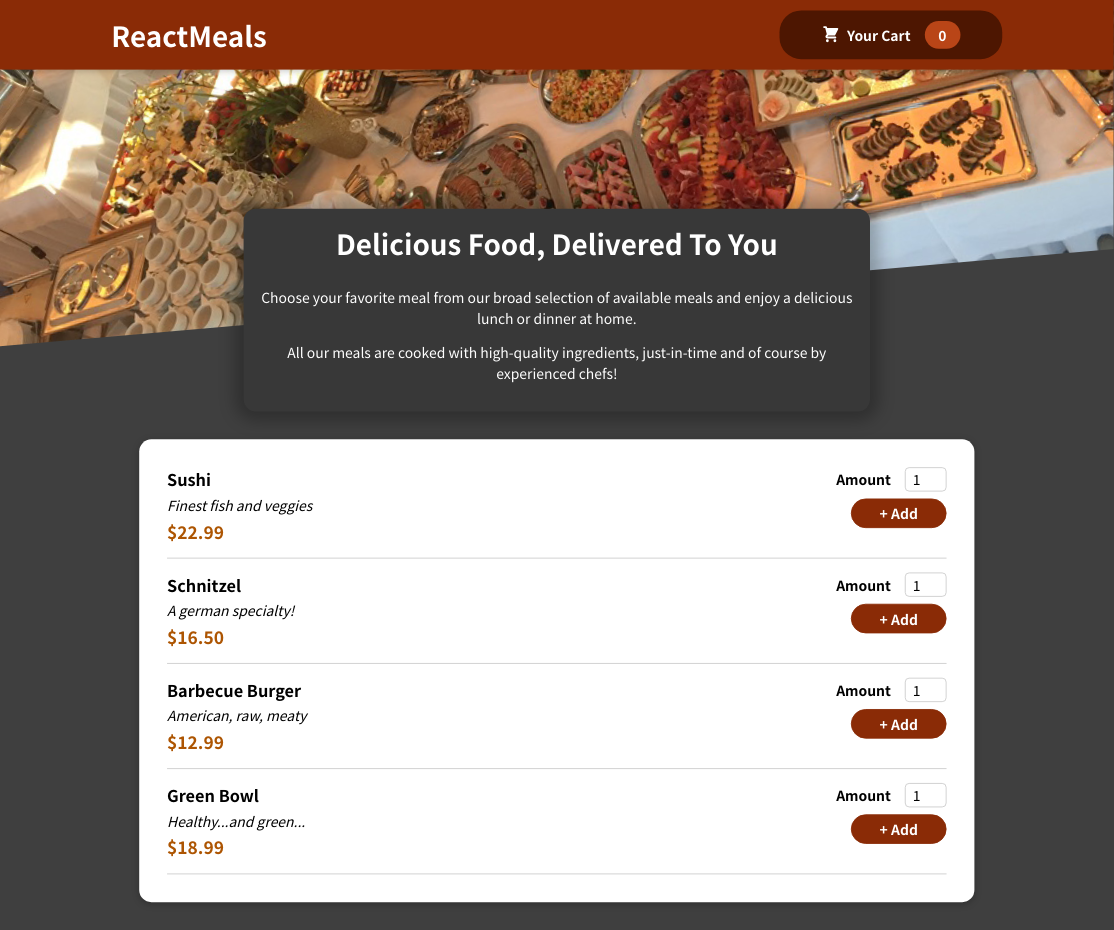
Repository: m-ahmadshaikh/React-Food-Ordering-App
Page: /
The author's editor kept a copy of each file at every save. The page is drawn from the files as they stood at one save, then again after the next save.
The browser window is 1280 px wide. The pictures show the whole page, at 87% of full size.
The project was rebuilt for these pictures with package versions that can differ from the ones it lists, and the page was loaded fresh each time. Also part of the build but not shown: src/components/UI/Modal.module.css, src/components/UI/Modal.js, src/components/Cart/Cart.module.css, src/components/Cart/Cart.js.

Above is the page before, as saved 2022-09-08 19:31:14.

After the next save:
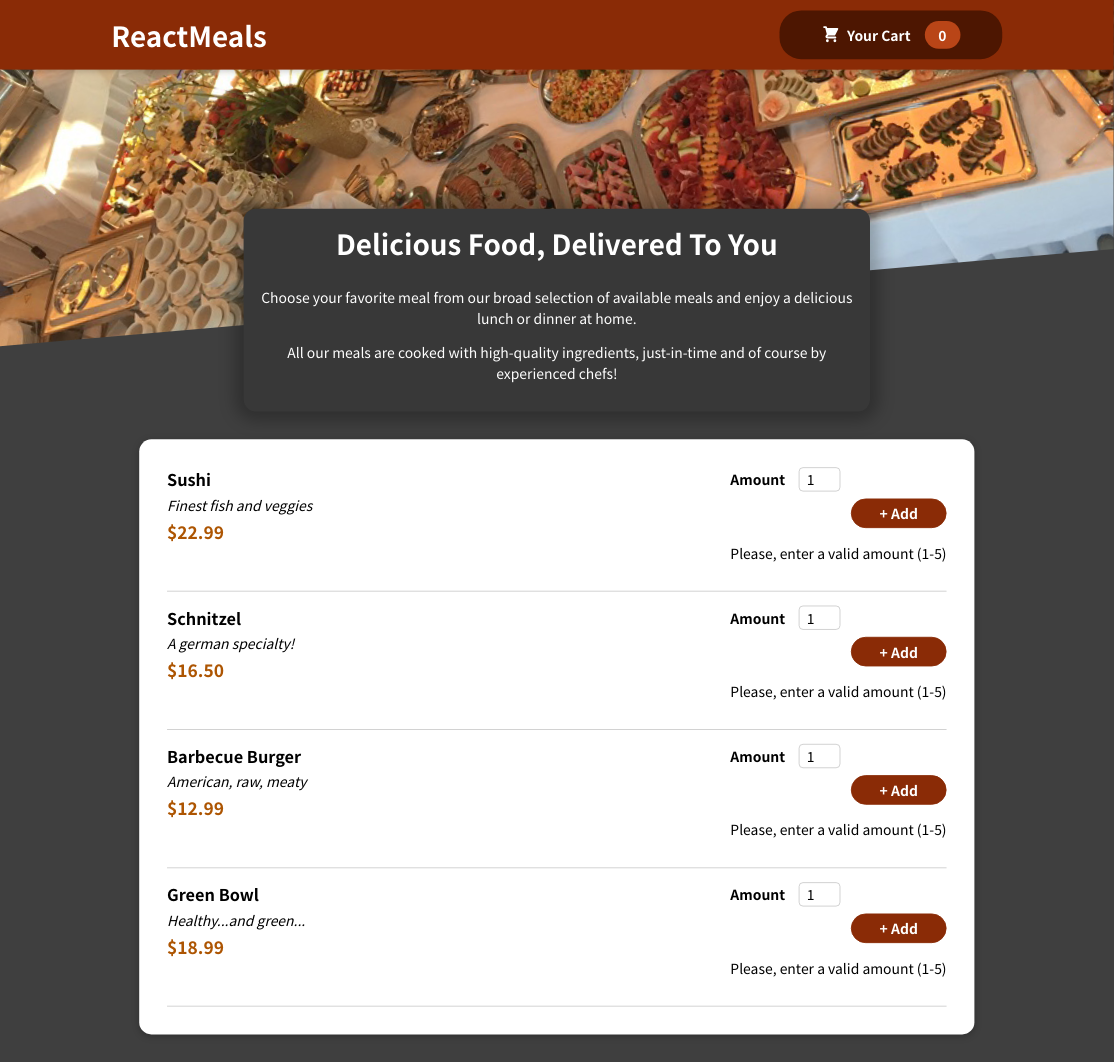
Saved 28 s later.
--- a/src/components/Meals/MealItemForm.js
+++ b/src/components/Meals/MealItemForm.js
@@ -31,7 +31,7 @@
         }}
       />
       <button>+ Add</button>
-      {isAmountValid ? <p>Please, enter a valid amount (1-5)</p> : ''}
+      {!isAmountValid ? <p>Please, enter a valid amount (1-5)</p> : ''}
     </form>
   );
 }

After the 2 saves that followed:
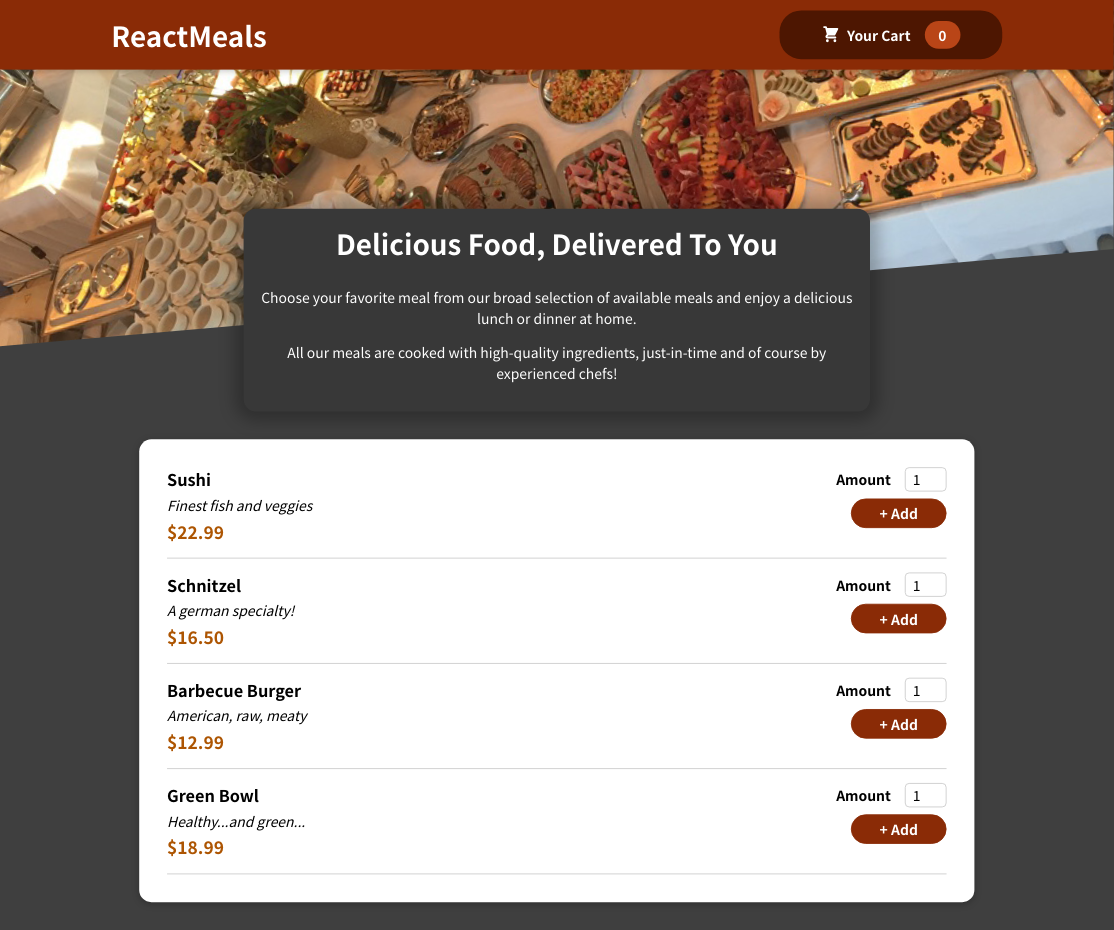
The 2 saves are shown as one change because 1 left the picture as it was.
The last was saved 66 s later.
--- a/src/components/Meals/MealItemForm.js
+++ b/src/components/Meals/MealItemForm.js
@@ -2,7 +2,7 @@
 import Input from '../UI/Input';
 import classes from './MealItemForm.module.css';
 export default function MealItemForm(props) {
-  const [isAmountValid, setisAmountValid] = useState();
+  const [isAmountValid, setisAmountValid] = useState(true);
   const amountInputRef = useRef();
   const submitHandler = (event) => {
     event.preventDefault();
@@ -31,7 +31,11 @@
         }}
       />
       <button>+ Add</button>
-      {!isAmountValid ? <p>Please, enter a valid amount (1-5)</p> : ''}
+      {!isAmountValid ? (
+        <p key={props.id + '_amount'}>Please, enter a valid amount (1-5)</p>
+      ) : (
+        ''
+      )}
     </form>
   );
 }
